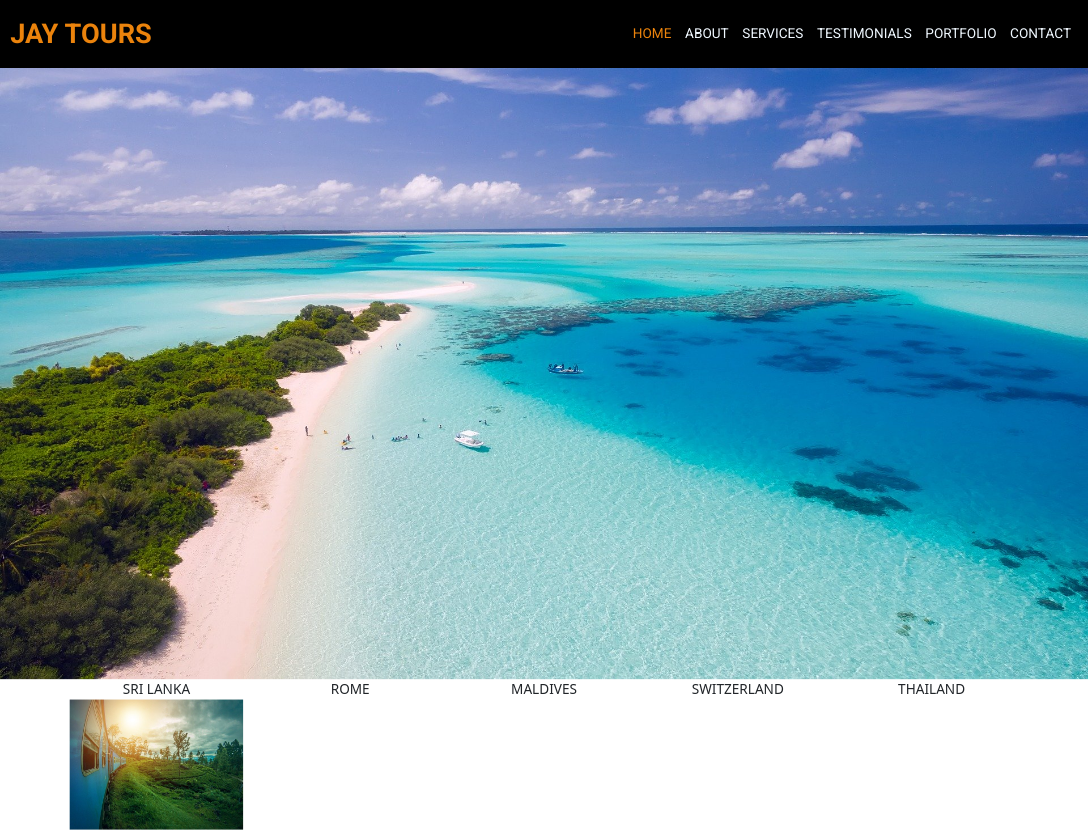
Repository: kasundiudn/Jay-Travel
Page: index.html
The author's editor kept a copy of each file at every save. The page is drawn from the files as they stood at one save, then again after the next save.
The browser window is 1280 px wide. The pictures show the whole page, at 85% of full size.

Above is the page before, as saved 2025-06-26 10:17:54.

### index.html
<!doctype html>
<html lang="en">
  <head>
    <meta charset="utf-8">
    <meta name="viewport" content="width=device-width, initial-scale=1">
    <title>Bootstrap demo</title>
    <link rel="preconnect" href="https://fonts.googleapis.com">
    <link rel="preconnect" href="https://fonts.gstatic.com" crossorigin>
    <link href="https://fonts.googleapis.com/css2?family=Roboto:ital,wght@0,100..900;1,100..900&display=swap" rel="stylesheet">
    <link href="https://cdn.jsdelivr.net/npm/bootstrap@5.3.7/dist/css/bootstrap.min.css" rel="stylesheet" integrity="sha384-LN+7fdVzj6u52u30Kp6M/trliBMCMKTyK833zpbD+pXdCLuTusPj697FH4R/5mcr" crossorigin="anonymous">
  <style>
    header{  font-family: "Roboto", sans-serif;
           }
    .nav-link{
        color: aliceblue;
    }

  </style>
  </head>
  <body>
<header>
    <nav class="navbar navbar-expand-lg " style="background-color: black; height: 80px;">
  <div class="container-fluid">
    <a class="navbar-brand" href="#" style="color: #eb830c; font-weight: bold;  font-size:xx-large;">JAY TOURS</a>
    <button class="navbar-toggler" type="button" data-bs-toggle="collapse" data-bs-target="#navbarSupportedContent" aria-controls="navbarSupportedContent" aria-expanded="false" aria-label="Toggle navigation">
      <span class="navbar-toggler-icon"></span>
    </button>
    <div class="collapse navbar-collapse justify-content-end" id="navbarSupportedContent">
      <ul class="navbar-nav mb-2 mb-lg-0">
        <li class="nav-item">
          <a class="nav-link active" aria-current="page" href="#" style="color: #eb830c;">HOME</a>
        </li>
        <li class="nav-item">
          <a class="nav-link" href="#">ABOUT</a>
        </li>
         <li class="nav-item">
          <a class="nav-link" href="#">SERVICES</a>
        </li>
         <li class="nav-item">
          <a class="nav-link" href="#">TESTIMONIALS</a>
        </li>
         <li class="nav-item">
          <a class="nav-link" href="#">PORTFOLIO</a>
        </li>
         <li class="nav-item">
          <a class="nav-link" href="#">CONTACT</a>
        </li>
    </div>
  </div>
</nav>
</header>
<img src="main.jpg" alt="Beach image" style="width: 100%; height: auto;">

<div class="container text-center">
  <div class="row">
    <div class="col">
      SRI LANKA
      <img src="Sri Lanka.jpg" alt="SRI LANKA" style="width: 100%; height: auto;">
    </div>
    <div class="col">
      ROME
    </diV>
    <div class="col">
      MALDIVES
    </div>
    <div class="col">
      SWITZERLAND
    </div>
    <div class="col">
      THAILAND
    </div>
  </div>
</div>

    <script src="https://cdn.jsdelivr.net/npm/@popperjs/core@2.11.8/dist/umd/popper.min.js" integrity="sha384-I7E8VVD/ismYTF4hNIPjVp/Zjvgyol6VFvRkX/vR+Vc4jQkC+hVqc2pM8ODewa9r" crossorigin="anonymous"></script>
<script src="https://cdn.jsdelivr.net/npm/bootstrap@5.3.7/dist/js/bootstrap.min.js" integrity="sha384-7qAoOXltbVP82dhxHAUje59V5r2YsVfBafyUDxEdApLPmcdhBPg1DKg1ERo0BZlK" crossorigin="anonymous"></script>
  </body>
</html>

After the next save:
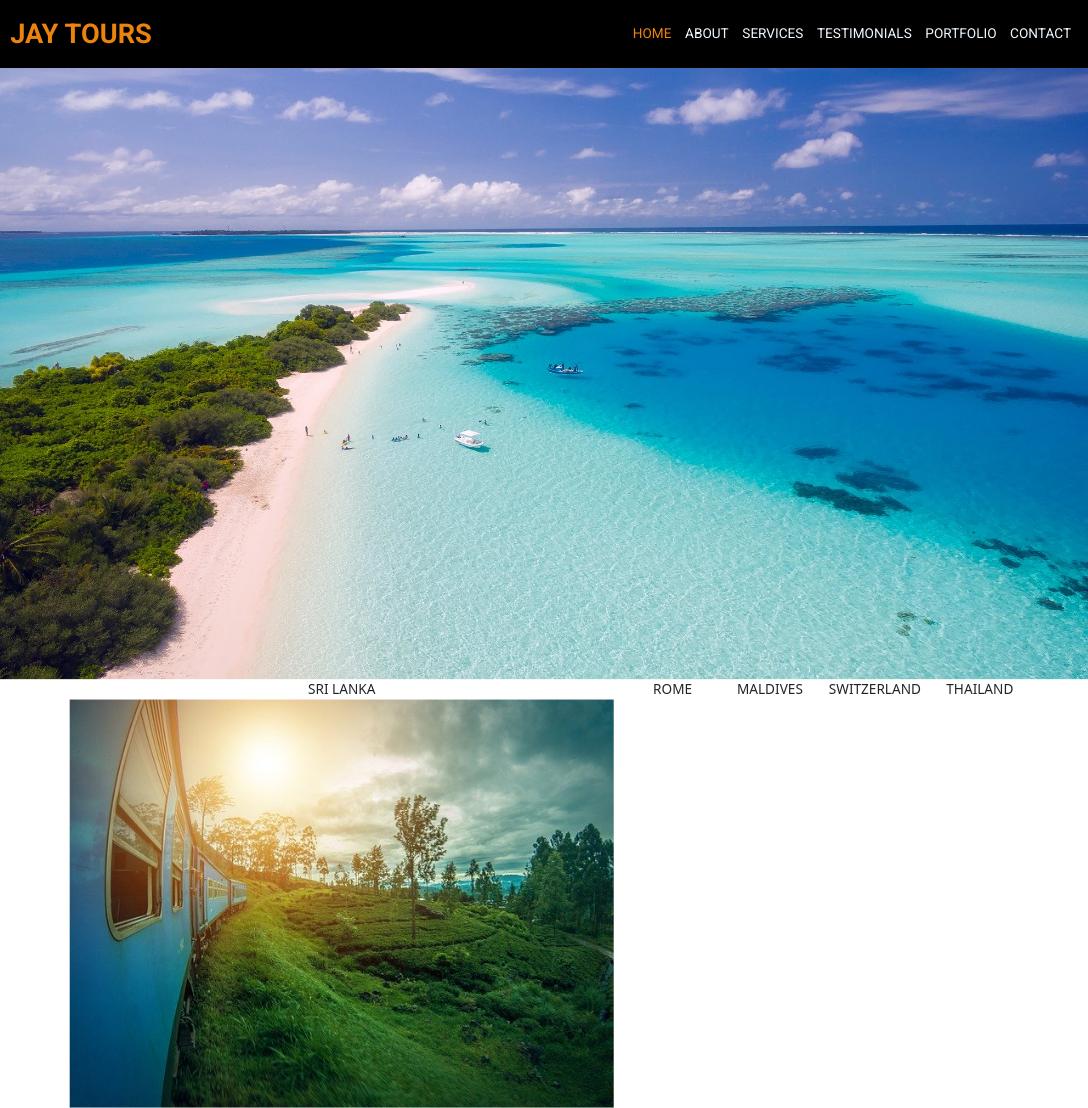
Saved 12 s later.
--- a/index.html
+++ b/index.html
@@ -55,7 +55,7 @@
   <div class="row">
     <div class="col">
       SRI LANKA
-      <img src="Sri Lanka.jpg" alt="SRI LANKA" style="width: 100%; height: auto;">
+      <img src="Sri Lanka.jpg" alt="SRI LANKA" style=" height: auto;">
     </div>
     <div class="col">
       ROME

After the save that followed:
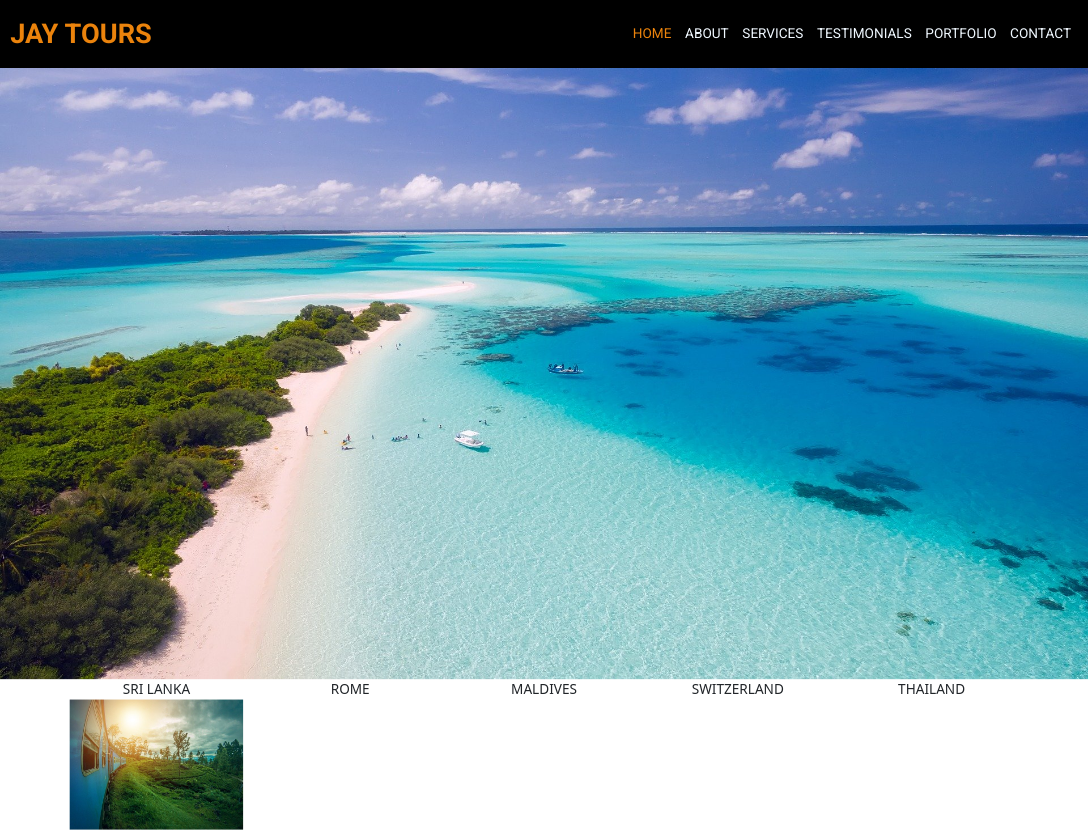
Saved 9 s later.
--- a/index.html
+++ b/index.html
@@ -55,7 +55,7 @@
   <div class="row">
     <div class="col">
       SRI LANKA
-      <img src="Sri Lanka.jpg" alt="SRI LANKA" style=" height: auto;">
+      <img src="Sri Lanka.jpg" alt="SRI LANKA" style="width: 100%; height: auto;">
     </div>
     <div class="col">
       ROME
